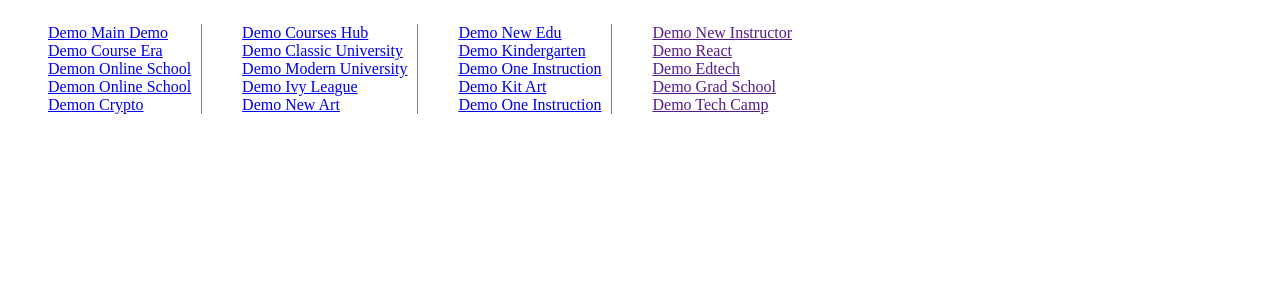
Repository: ibrkhalil/EduWebsite
Page: test.html
These files come from the project's save history. The page is drawn as it stood at one moment and after a run of saves; the edit follows.
The browser window is 1280 px wide. The pictures show the whole page.

Above is the page before, as saved 2020-11-18 15:10:53.

After the next 2 saves:
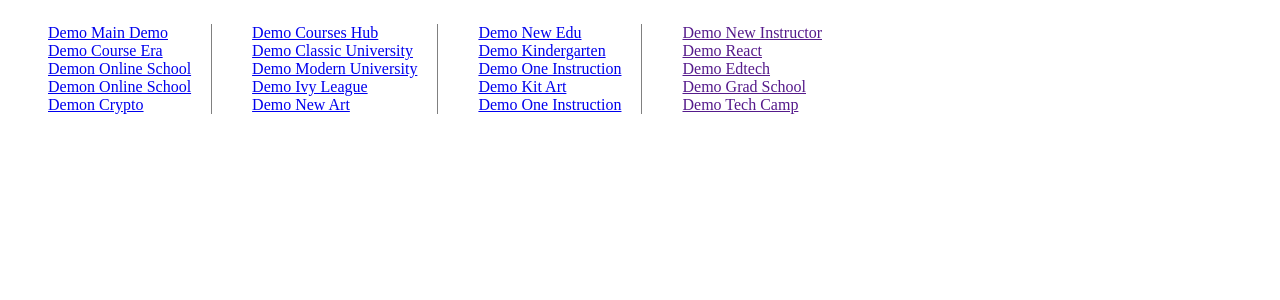
The 2 saves are shown as one change because they came seconds apart.
The last was saved 10 s later.
--- a/test.html
+++ b/test.html
@@ -46,7 +46,7 @@
     ul{
         display: flex;
         border-right: 1px solid gray;
-        padding-right: 10px;
+        padding-right: 20px;
         text-decoration: none;
         list-style-type: none;
         flex-direction: column;
